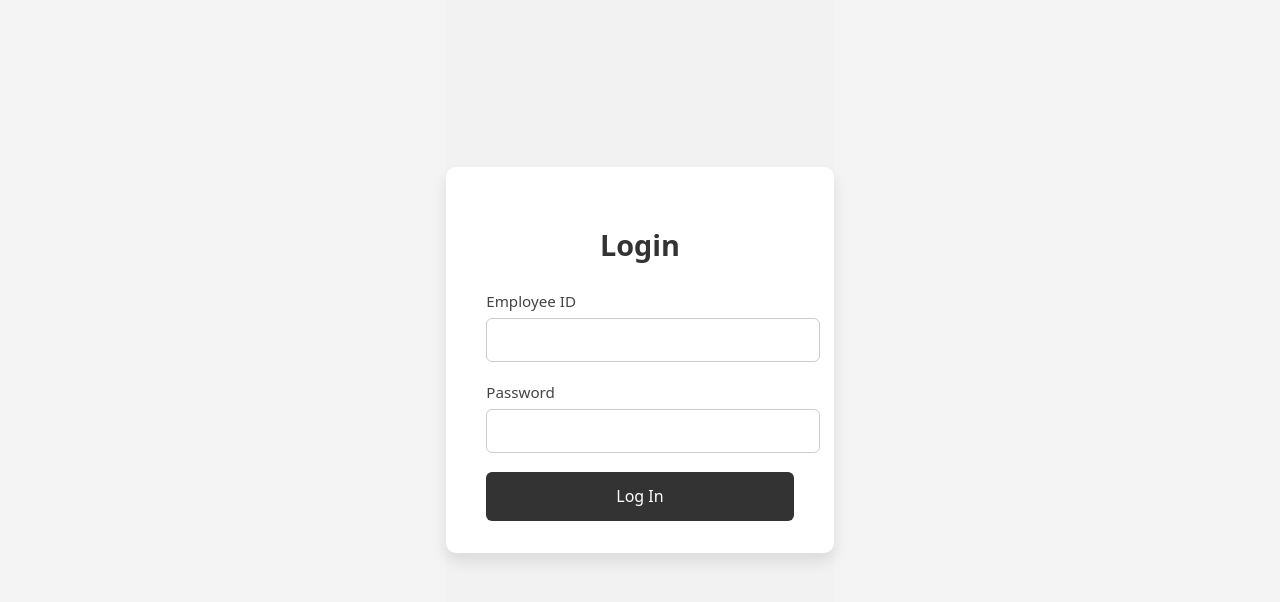
Repository: iEstebanx/quscina
Page: /
These files come from the project's save history. The page is drawn as it stood at one moment and after the next save; the edit follows.
The browser window is 1280 px wide. The pictures show the whole page.
The project was rebuilt for these pictures with package versions that can differ from the ones it lists, and the page was loaded fresh each time. Also part of the build but not shown: vite.config.js, src/components/Header/Header.module.css, src/components/Header/Header.jsx, src/components/Cart/Cart.module.css, src/components/Cart/Cart.jsx, src/layouts/MainLayout.module.css, src/layouts/MainLayout.jsx, src/components/Guards/RequireShift.jsx and 11 more.

Above is the page before, as saved 2025-07-19 23:19:02.

### src/index.css
:root {
  font-family: system-ui, Avenir, Helvetica, Arial, sans-serif;
  line-height: 1.5;
  font-weight: 400;

  color-scheme: light dark;
  color: rgba(255, 255, 255, 0.87);
  background-color: #242424;

  font-synthesis: none;
  text-rendering: optimizeLegibility;
  -webkit-font-smoothing: antialiased;
  -moz-osx-font-smoothing: grayscale;
}

a {
  color: inherit;
  text-decoration: none;
}
a:hover {
  color: #535bf2;
}

body {
  margin: 0;
  padding: 0;
  box-sizing: border-box;
  min-width: 320px;
  min-height: 100vh;
}

ul {
  list-style: none;
  margin: 0;
  padding: 0;
}

/* Button styling override */
button {
  border-radius: 8px;
  border: 1px solid transparent;
  padding: 0.6em 1.2em;
  font-size: 1em;
  font-weight: 500;
  font-family: inherit;
  background-color: #1a1a1a;
  cursor: pointer;
  transition: border-color 0.25s;
}
button:hover {
  border-color: #646cff;
}
button:focus,
button:focus-visible {
  outline: 4px auto -webkit-focus-ring-color;
}

/* .menu-layout {
  display: flex;
  height: 100vh;
  overflow: hidden;
}

.menu-layout > * {
  height: 100%;
}

.sidebar-categories {
  width: 180px;
  background-color: #4b2a1a;
  color: white;
  flex-shrink: 0;
}

.cart {
  width: 280px;
  background-color: #6b3b1f;
  color: white;
  flex-shrink: 0;
}

.food-grid {
  flex-grow: 1;
  background: white;
  padding: 1rem;
  display: grid;
  grid-template-columns: repeat(auto-fill, minmax(150px, 1fr));
  gap: 1rem;
  overflow-y: auto;
} */


@media (prefers-color-scheme: light) {
  :root {
    color: #213547;
    background-color: #ffffff;
  }

  a:hover {
    color: #747bff;
  }

  button {
    background-color: #f9f9f9;
  }
}

### src/App.jsx
import { BrowserRouter } from 'react-router-dom';
import AppRoutes from './routes/AppRoutes';
import { AuthProvider } from './context/AuthContext';
import { ShiftProvider } from './context/ShiftContext';
import { CartProvider } from './context/CartContext';

function App() {
  return (
    <BrowserRouter>
      <AuthProvider>
        <ShiftProvider>
          <CartProvider>
            <AppRoutes />
          </CartProvider>
        </ShiftProvider>
      </AuthProvider>
    </BrowserRouter>
  );
}

export default App;

### src/routes/AppRoutes.jsx
import { Routes, Route } from 'react-router-dom';
import MainLayout from '../layouts/MainLayout';
import EmptyLayout from '../layouts/EmptyLayout';

import LoginPage from '../pages/Login/LoginPage';
import RequireShift from '../components/guards/RequireShift';
import MenuPage from '../pages/Menu/MenuPage';
import ReceiptsPage from '../pages/Receipts/ReceiptsPage';
import ShiftPage from '../pages/Shift/ShiftPage';
import ShiftHistoryPage from '../pages/Shift/ShiftHistoryPage'; // ✅ Add this line
import RefundPage from '../pages/Refund/RefundPage';
import NotFound from '../pages/NotFound';

const AppRoutes = () => {
  return (
    <Routes>
      {/* Public */}
      <Route element={<EmptyLayout />}>
        <Route path="/" element={<LoginPage />} />
      </Route>

      <Route element={<MainLayout />}>
        <Route path="/shift" element={<ShiftPage />} />
        <Route path="/shift/history" element={<ShiftHistoryPage />} />

        {/* Only allow access to MenuPage if shift is open */}
        <Route
          path="/menu"
          element={
            <RequireShift>
              <MenuPage />
            </RequireShift>
          }
        />

        <Route path="/receipts" element={<ReceiptsPage />} />
        <Route path="/refund" element={<RefundPage />} />
      </Route>

      {/* Fallback */}
      <Route path="*" element={<NotFound />} />
    </Routes>
  );
};

export default AppRoutes;

### src/context/AuthContext.jsx
import { createContext, useContext, useState } from 'react';

const AuthContext = createContext();

export function AuthProvider({ children }) {
  const [user, setUser] = useState(null);

  const login = (userData) => setUser(userData);
  const logout = () => setUser(null);

  return (
    <AuthContext.Provider value={{ user, login, logout, isLoggedIn: !!user }}>
      {children}
    </AuthContext.Provider>
  );
}

export function useAuth() {
  return useContext(AuthContext);
}

### src/context/ShiftContext.jsx
import { createContext, useContext, useState } from 'react';

export const ShiftContext = createContext();

export function ShiftProvider({ children }) {
  const [shift, setShift] = useState({
    isOpen: false,
    startAmount: 0,
  });

  const openShift = (amount) => setShift({ isOpen: true, startAmount: amount });
  const closeShift = () => setShift({ isOpen: false, startAmount: 0 });

  return (
    <ShiftContext.Provider value={{ shift, openShift, closeShift }}>
      {children}
    </ShiftContext.Provider>
  );
}

export function useShift() {
  return useContext(ShiftContext);
}

### src/context/CartContext.jsx
import { createContext, useContext, useState } from 'react';

const CartContext = createContext();

export function CartProvider({ children }) {
  const [items, setItems] = useState([]);

  const addItem = (item) => {
    setItems((prev) => {
      const exists = prev.find((i) => i.id === item.id);
      if (exists) {
        return prev.map((i) =>
          i.id === item.id ? { ...i, quantity: i.quantity + 1 } : i
        );
      }
      return [...prev, { ...item, quantity: 1 }];
    });
  };

  const removeItem = (id) => {
    setItems((prev) => prev.filter((i) => i.id !== id));
  };

  const clearCart = () => setItems([]);

  const total = items.reduce((acc, item) => acc + item.price * item.quantity, 0);

  return (
    <CartContext.Provider value={{ items, addItem, removeItem, clearCart, total }}>
      {children}
    </CartContext.Provider>
  );
}

export function useCart() {
  return useContext(CartContext);
}

### src/layouts/EmptyLayout.jsx
import { Outlet } from 'react-router-dom';
import styles from './EmptyLayout.module.css';

const EmptyLayout = () => {
  return (
    <div className={styles.emptyLayout}>
      <Outlet />
    </div>
  );
};

export default EmptyLayout;

### src/pages/Login/LoginPage.jsx
import { useState } from 'react';
import { useNavigate } from 'react-router-dom'; // keep this
import styles from './Login.module.css';

const LoginPage = () => {
  const [employeeID, setEmployeeID] = useState('');
  const [password, setPassword] = useState('');
  const navigate = useNavigate(); // ✅ this line was missing

  const handleLogin = (e) => {
    e.preventDefault();
    console.log('Logging in with:', { employeeID, password });
    navigate('/menu');
  };

  return (
    <div className={styles.loginWrapper}>
      <form className={styles.loginForm} onSubmit={handleLogin}>
        <h2 className={styles.title}>Login</h2>

        <label className={styles.label}>Employee ID</label>
        <input
          type="text"
          className={styles.input}
          value={employeeID}
          onChange={(e) => setEmployeeID(e.target.value)}
          required
        />

        <label className={styles.label}>Password</label>
        <input
          type="password"
          className={styles.input}
          value={password}
          onChange={(e) => setPassword(e.target.value)}
          required
        />

        <button type="submit" className={styles.button}>
          Log In
        </button>
      </form>
    </div>
  );
};

export default LoginPage;

### src/layouts/EmptyLayout.module.css
.emptyLayout {
  display: flex;
  justify-content: center;
  align-items: center;
  height: 100vh;
  background-color: #f4f4f4; /* Or dark, depending on your theme */
}

### src/pages/Login/Login.module.css
.loginWrapper {
  display: flex;
  justify-content: center;
  align-items: center;
  height: 100vh;
  background: #f2f2f2;
}

.loginForm {
  background: white;
  padding: 2rem 2.5rem;
  border-radius: 10px;
  box-shadow: 0 8px 16px rgba(0, 0, 0, 0.1);
  width: 100%;
  max-width: 380px;
}

.title {
  font-size: 1.8rem;
  font-weight: bold;
  margin-bottom: 1.5rem;
  text-align: center;
  color: #333;
}

.label {
  display: block;
  font-size: 0.95rem;
  margin-bottom: 0.3rem;
  color: #444;
}

.input {
  width: 100%;
  padding: 0.75rem;
  margin-bottom: 1.2rem;
  border: 1px solid #ccc;
  border-radius: 6px;
  font-size: 1rem;
  transition: border 0.2s ease;
}

.input:focus {
  border-color: #666;
  outline: none;
}

.button {
  width: 100%;
  padding: 0.85rem;
  background: #333;
  color: white;
  font-size: 1rem;
  border: none;
  border-radius: 6px;
  cursor: pointer;
  transition: background 0.3s ease;
}

.button:hover {
  background: #555;
}

Loaded but not shown: index.html (common file); src/main.jsx (common file)

After the next save:
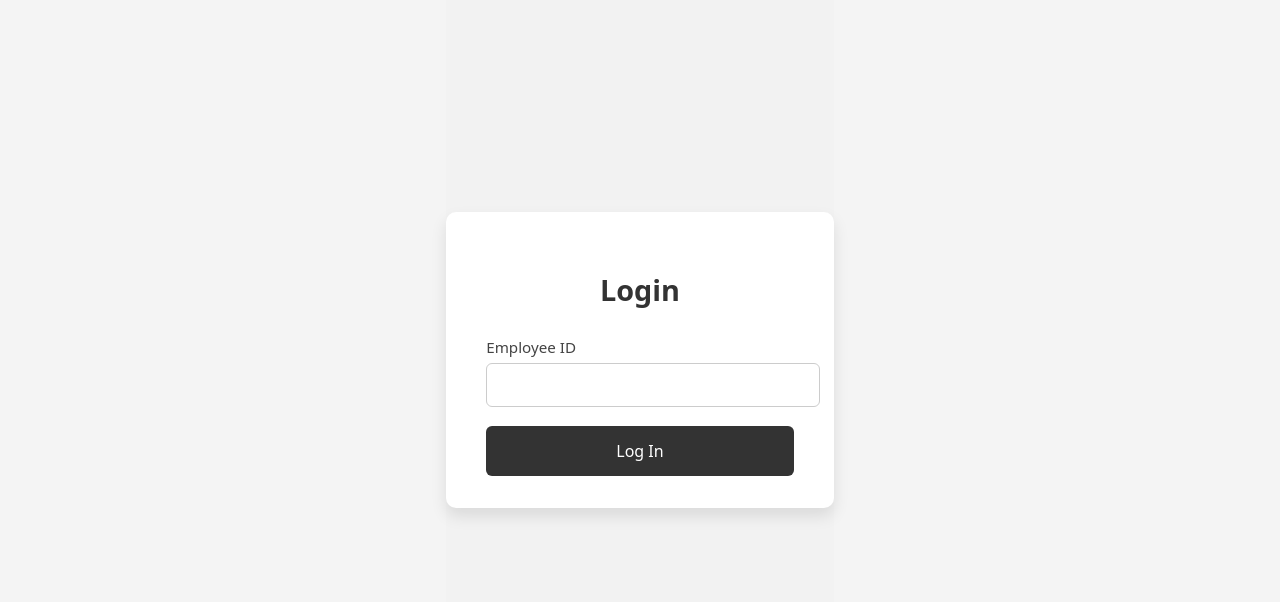
Saved 17 s later.
--- a/src/pages/Login/LoginPage.jsx
+++ b/src/pages/Login/LoginPage.jsx
@@ -1,15 +1,17 @@
 import { useState } from 'react';
-import { useNavigate } from 'react-router-dom'; // keep this
+import { useNavigate } from 'react-router-dom';
 import styles from './Login.module.css';
 
 const LoginPage = () => {
   const [employeeID, setEmployeeID] = useState('');
   const [password, setPassword] = useState('');
-  const navigate = useNavigate(); // ✅ this line was missing
+  const navigate = useNavigate();
 
   const handleLogin = (e) => {
     e.preventDefault();
     console.log('Logging in with:', { employeeID, password });
+
+    // You can add actual login logic here later
     navigate('/menu');
   };
 
@@ -27,15 +29,6 @@ const LoginPage = () => {
           required
         />
 
-        <label className={styles.label}>Password</label>
-        <input
-          type="password"
-          className={styles.input}
-          value={password}
-          onChange={(e) => setPassword(e.target.value)}
-          required
-        />
-
         <button type="submit" className={styles.button}>
           Log In
         </button>
